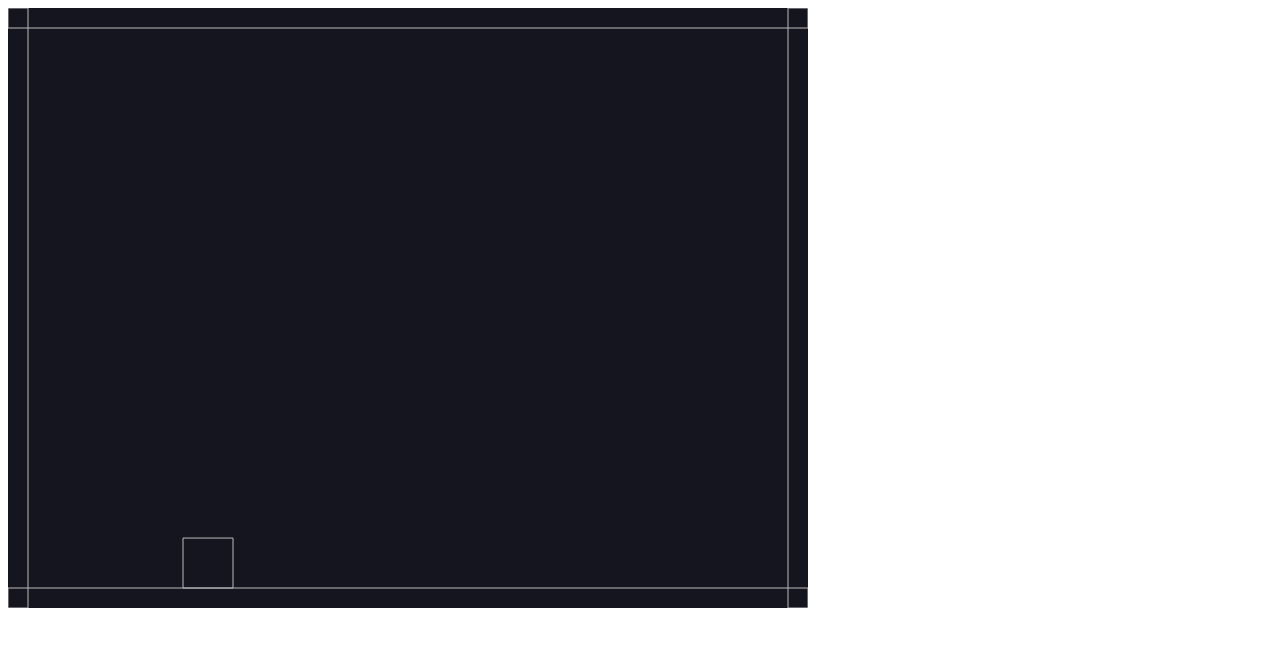
Repository: zhapar/JS-Bootcamp
Page: 3. Maze/index.html
An editor plug-in stored every save of this project. The page is shown before and after a run of saves, followed by the edit.
The browser window is 1280 px wide. The pictures show the whole page.
Some web libraries are served in a nearby version.

Above is the page before, as saved 2020-07-12 18:11:09.

After the next 2 saves:
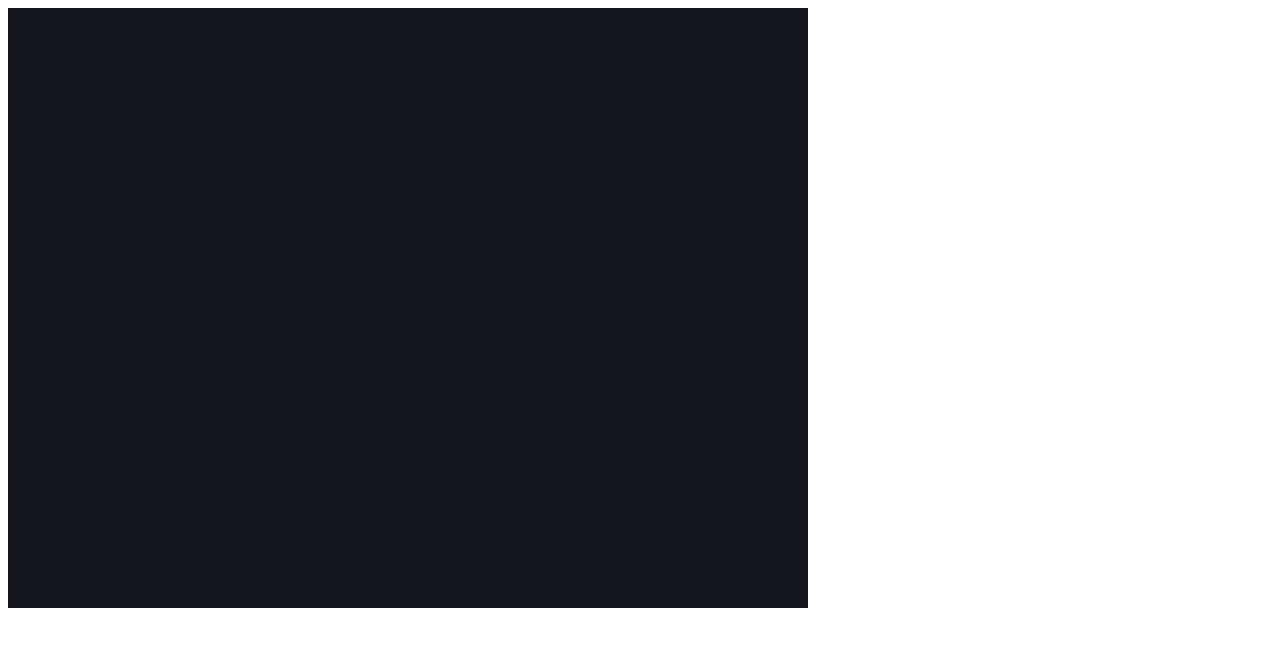
Console error: ReferenceError: Worlds is not defined
The 2 saves are shown as one change because they came seconds apart.
The last was saved 20 min 15 s later.
--- a/3. Maze/app.js
+++ b/3. Maze/app.js
@@ -1,4 +1,12 @@
-const { Engine, Render, Runner, World, Bodies } = Matter;
+const {
+  Engine,
+  Render,
+  Runner,
+  World,
+  Bodies,
+  Mouse,
+  MouseConstraint,
+} = Matter;
 
 const engine = Engine.create();
 const { world } = engine;
@@ -14,9 +22,14 @@
 Render.run(render);
 Runner.run(Runner.create(), engine);
 
+Worlds.add(world, MouseConstraint, {
+  mouse: Mouse.create(shape.canvas),
+});
+
 const shape = Bodies.rectangle(200, 200, 50, 50, {
-  // isStatic: true,
+  isStatic: true,
 });
+
 const walls = [
   Bodies.rectangle(400, 0, 800, 40, { isStatic: true }),
   Bodies.rectangle(400, 600, 800, 40, { isStatic: true }),

After the 2 saves that followed:
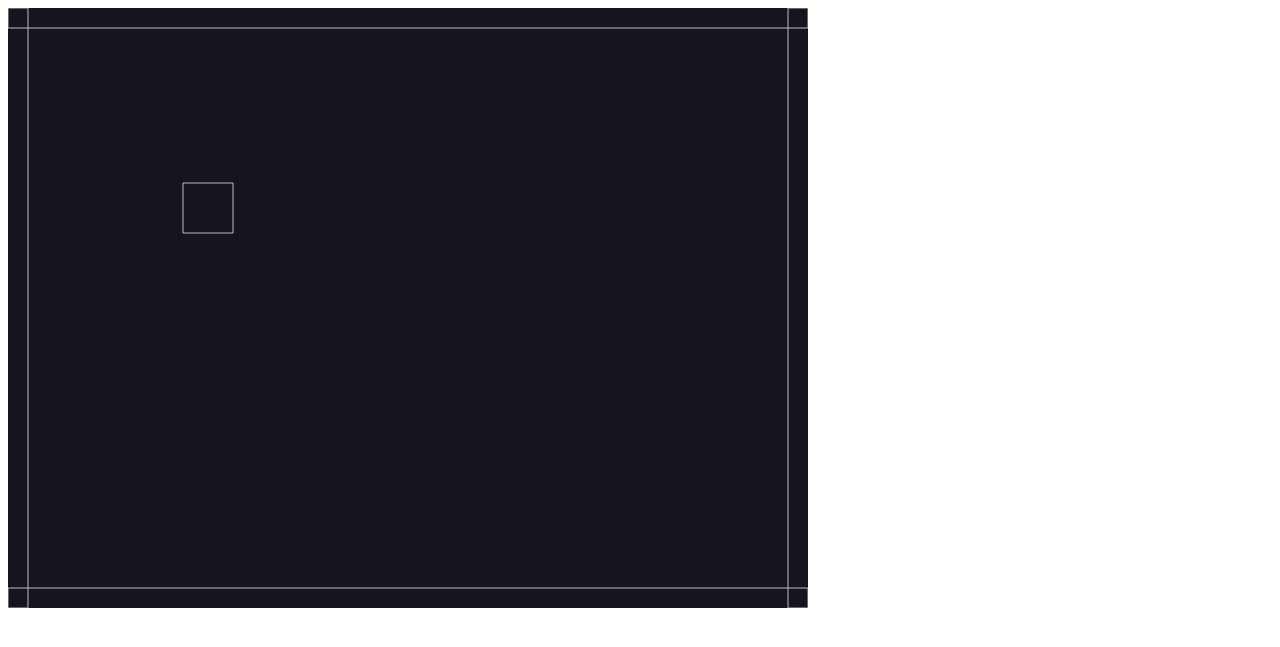
The error is gone.
The 2 saves are shown as one change because 1 left the picture as it was.
The last was saved 109 s later.
--- a/3. Maze/app.js
+++ b/3. Maze/app.js
@@ -22,8 +22,8 @@
 Render.run(render);
 Runner.run(Runner.create(), engine);
 
-Worlds.add(world, MouseConstraint, {
-  mouse: Mouse.create(shape.canvas),
+World.add(world, MouseConstraint, {
+  mouse: Mouse.create(render.canvas),
 });
 
 const shape = Bodies.rectangle(200, 200, 50, 50, {
